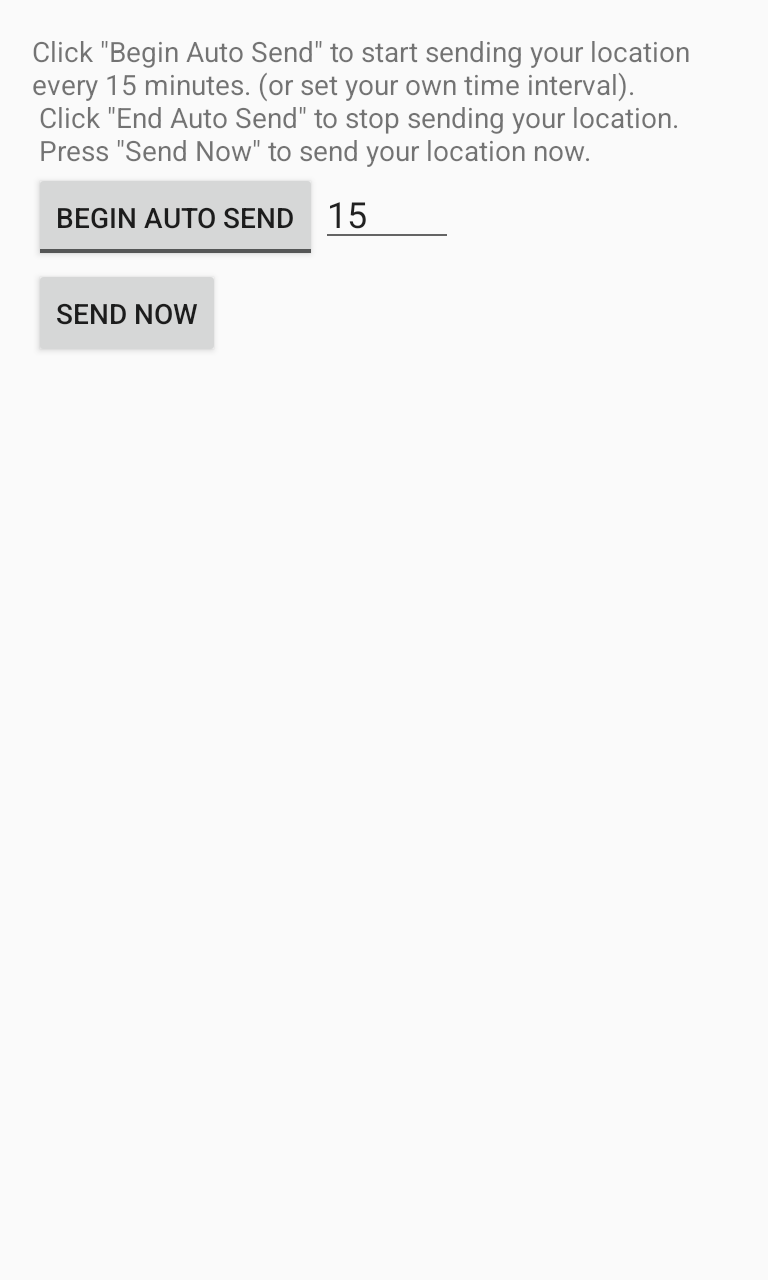
Repository: haidark/rahat
Layout: android/Rahat/res/layout/fragment_main.xml
These files come from the project's save history. The layout is drawn as it stood at one moment and after the next save; the edit follows.
It is drawn on a 768 x 1280 px phone screen (xhdpi) without system bars, with theme AppTheme; the app's code is not run.

Above is the layout before, as saved 2014-05-02 04:11:28.

After the next save:
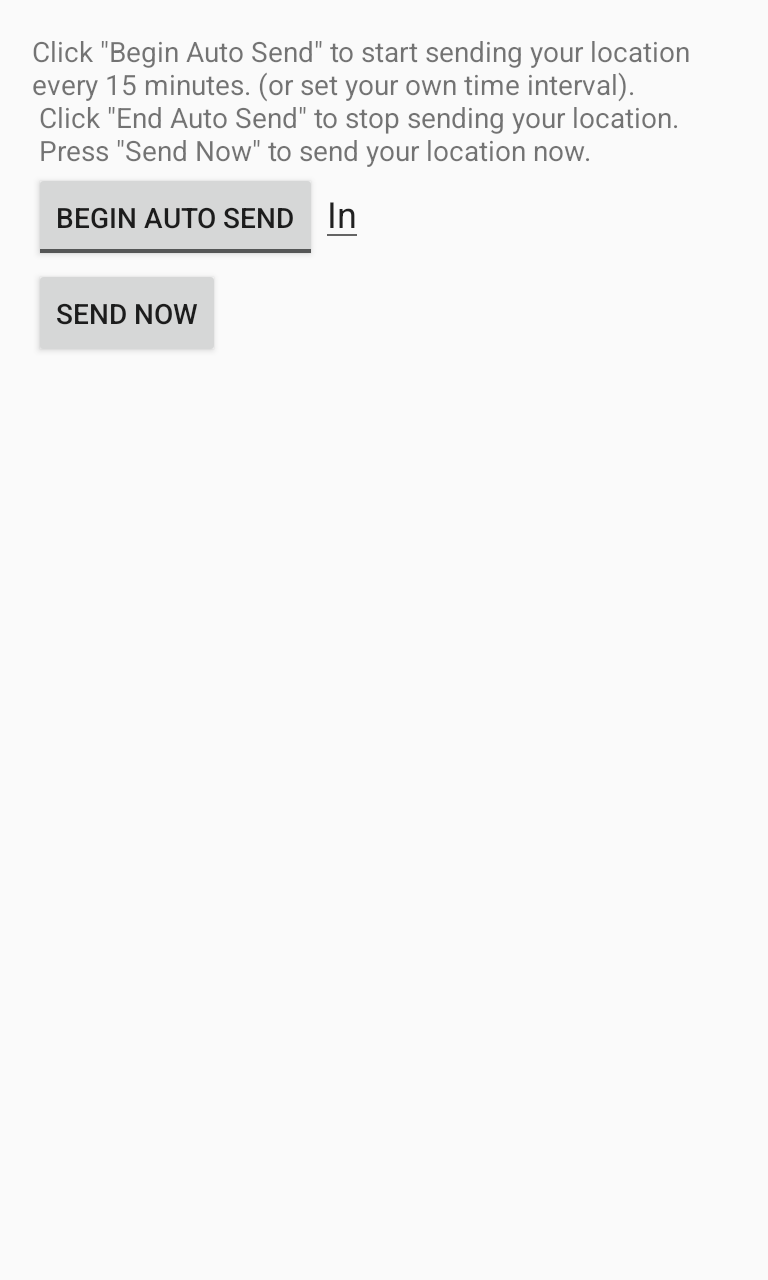
Saved 25 s later.
--- a/android/Rahat/res/layout/fragment_main.xml
+++ b/android/Rahat/res/layout/fragment_main.xml
@@ -28,10 +28,9 @@
         <EditText android:id="@+id/edit_1"
         		  android:layout_width="wrap_content"
         		  android:layout_height="wrap_content"
-        		  android:text="15"
+        		  android:text="@string/edit_1"
         		  android:maxLength="2"
-        		  android:inputType="number"
-        		  android:hint="@string/edit_1" />
+        		  android:inputType="number" />
 
     </LinearLayout>
 
